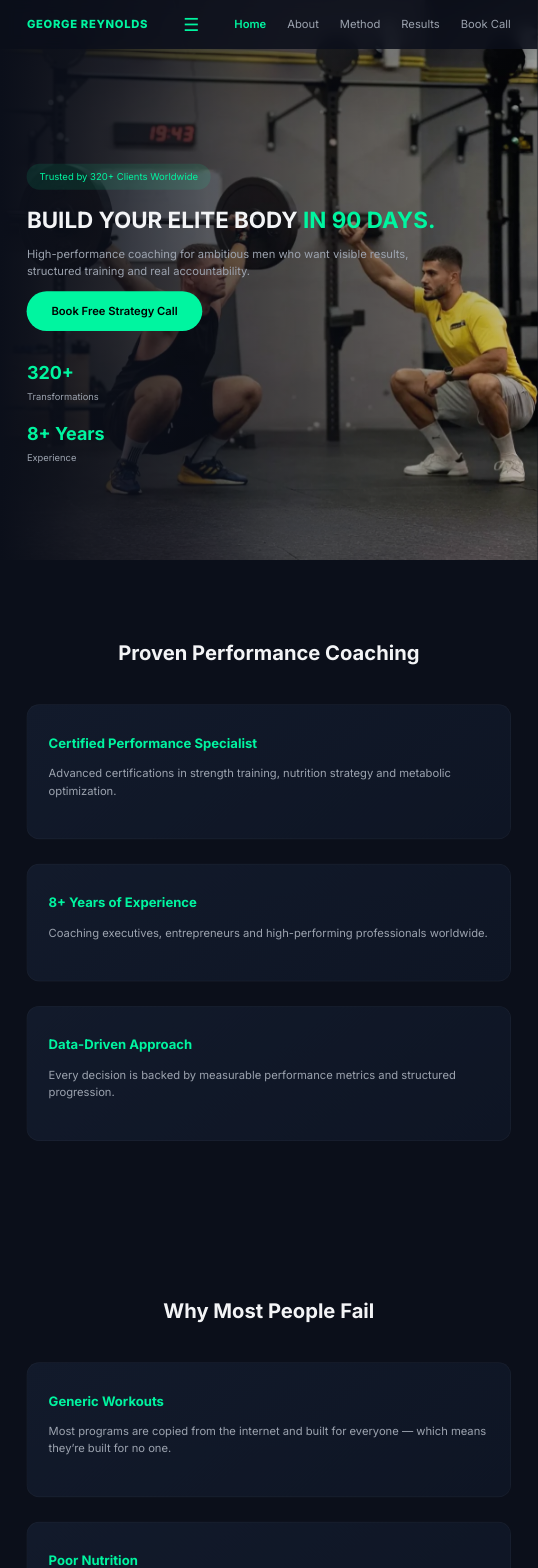
Repository: davidfsillva/Landing-page-pro
Page: index.html
These files come from the project's save history. The page is drawn as it stood at one moment and after the next save; the edit follows.
The browser window is 768 px wide. The pictures show the part of the page from y = 0 to 2240 px (the page is 10189 px tall), at 70% of full size.

Above is the page before, as saved 2026-02-26 19:23:59.

### index.html
<!DOCTYPE html>
<html lang="en">
<head>
    <!-- ================= BASIC META ================= -->
    <meta charset="UTF-8">
    <meta name="viewport" content="width=device-width, initial-scale=1.0, maximum-scale=5.0">
    <meta name="robots" content="index, follow">
    <link rel="canonical" href="https://www.lucasreynolds.com">

    <!-- ================= SEO ================= -->
    <title>George Reynolds | Elite Personal Trainer</title>
    <meta name="description" content="Elite personal training focused on fat loss, muscle building and peak performance. Customized programs, strategic nutrition and real accountability. Book your free fitness consultation today.">

    <!-- ================= OPEN GRAPH ================= -->
    <meta property="og:title" content="George Reynolds | Transform Your Body in 90 Days">
    <meta property="og:description" content="Personalized training programs with proven results. Limited spots available.">
    <meta property="og:type" content="website">
    <meta property="og:image" content="https://placehold.co/1200x630/0B1020/00FF99?text=GEORGE+REYNOLDS">
    <meta property="og:url" content="https://www.georgereynolds.com">
    <meta name="twitter:card" content="summary_large_image">

    <!-- FONTS -->
    <link rel="preconnect" href="https://fonts.googleapis.com">
    <link href="https://fonts.googleapis.com/css2?family=Inter:wght@300;400;600;700;800&display=swap" rel="stylesheet">

    <link rel="stylesheet" href="style.css">
</head>

<body>

<header class="header">
  <div class="container header-flex">
      <div class="logo">GEORGE REYNOLDS</div>

      <button class="menu-toggle" id="menuToggle" aria-label="Toggle Menu" aria-expanded="false">☰</button>

      <nav class="nav" id="nav">
        <a href="#home">Home</a>
        <a href="#about">About</a>
        <a href="#method">Method</a>
        <a href="#results">Results</a>
        <a href="#contact" class="nav-cta">Book Call</a>
      </nav>
  </div>
</header>

<main>

<!-- HERO -->
<section id="home" class="hero reveal">
    <div class="hero-overlay"></div>
    <div class="container hero-grid">

        <div class="hero-content">
            <div class="hero-badge">
                Trusted by 320+ Clients Worldwide
            </div>

            <h1>
                BUILD YOUR ELITE BODY
                <span>IN 90 DAYS.</span>
            </h1>

            <p>
                High-performance coaching for ambitious men who want visible results,
                structured training and real accountability.
            </p>

            <div class="hero-buttons">
                <a href="#contact" class="btn btn-primary">
                    Book Free Strategy Call
                </a>
            </div>

            <div class="hero-proof">
                <div>
                    <strong>320+</strong>
                    <small>Transformations</small>
                </div>

                <div>
                    <strong>8+ Years</strong>
                    <small>Experience</small>
                </div>
            </div>
        </div>

    </div>
</section>

<!-- AUTHORITY -->
<section class="section authority reveal">
    <div class="container">
        <h2>Proven Performance Coaching</h2>

        <div class="grid-3">
            <div class="card reveal">
                <h3>Certified Performance Specialist</h3>
                <p>Advanced certifications in strength training, nutrition strategy and metabolic optimization.</p>
            </div>

            <div class="card reveal">
                <h3>8+ Years of Experience</h3>
                <p>Coaching executives, entrepreneurs and high-performing professionals worldwide.</p>
            </div>

            <div class="card reveal">
                <h3>Data-Driven Approach</h3>
                <p>Every decision is backed by measurable performance metrics and structured progression.</p>
            </div>
        </div>
    </div>
</section>

<!-- ABOUT -->
<section id="about" class="section reveal">
    <div class="container">
        <h2>Why Most People Fail</h2>

        <div class="grid-3">
            <div class="card reveal">
                <h3>Generic Workouts</h3>
                <p>Most programs are copied from the internet and built for everyone — which means they’re built for no one.</p>
            </div>

            <div class="card reveal">
                <h3>Poor Nutrition</h3>
                <p>Extreme dieting, random calorie cutting and unsustainable routines destroy consistency.</p>
            </div>

            <div class="card reveal">
                <h3>No Accountability</h3>
                <p>Without structured guidance and weekly adjustments, discipline fades fast.</p>
            </div>
        </div>
    </div>
</section>

<!-- SOLUTION -->
<section class="section section-dark solution reveal">
    <div class="container">
        <h2>The Solution: Structure + Strategy + Accountability</h2>
        <p class="section-sub">
            Real transformation happens when training, nutrition and mindset work together.
        </p>
    </div>
</section>

<!-- METHOD -->
<section id="method" class="section section-dark reveal">
    <div class="container">
        <h2>The Reynolds Method</h2>

        <div class="method-list">
            <div class="method-item reveal" data-step="01">
                <strong>Full Performance Assessment</strong>
                <p>Deep evaluation before building your transformation plan.</p>
            </div>

            <div class="method-item reveal" data-step="02">
                <strong>Precision Custom Program</strong>
                <p>Engineered around your specific goals with measurable benchmarks.</p>
            </div>

            <div class="method-item reveal" data-step="03">
                <strong>Strategic Nutrition System</strong>
                <p>Structured framework aligned with metabolism and lifestyle.</p>
            </div>

            <div class="method-item reveal" data-step="04">
                <strong>Elite Accountability Protocol</strong>
                <p>Weekly tracking and strategic adjustments.</p>
            </div>
        </div>
    </div>
</section>

<!-- BENEFITS -->
<section class="section benefits reveal">
    <div class="container">
        <h2>What You’ll Achieve</h2>

        <div class="grid-3">
            <div class="card reveal">
                <h3>Visible Fat Loss</h3>
                <p>Reduce body fat while preserving lean muscle mass.</p>
            </div>

            <div class="card reveal">
                <h3>Lean Muscle Gain</h3>
                <p>Build a strong, aesthetic and high-performance physique.</p>
            </div>

            <div class="card reveal">
                <h3>Peak Confidence</h3>
                <p>Develop discipline and mindset that extend beyond the gym.</p>
            </div>
        </div>
    </div>
</section>

<!-- RESULTS -->
<section id="results" class="section reveal">
    <div class="container">
        <h2>Transformation Case Study Concepts</h2>

        <div class="grid-3">
            <div class="testimonial reveal">
                <img src="img/card1.webp" alt="Fitness transformation concept" loading="lazy">
                <p>"In 16 weeks, measurable strength gains and fat reduction."</p>
                <span>Sample Case Study Concept</span>
            </div>

            <div class="testimonial reveal">
                <img src="img/card2.webp" alt="Fitness coaching concept" loading="lazy">
                <p>"Structured check-ins created sustainable progress."</p>
                <span>Sample Case Study Concept</span>
            </div>

            <div class="testimonial reveal">
                <img src="img/card3.webp" alt="Elite fitness result concept" loading="lazy">
                <p>"Personalized programming transformed performance."</p>
                <span>Sample Case Study Concept</span>
            </div>
        </div>
    </div>
</section>

<!-- FAQ -->
<section class="section section-dark faq reveal">
    <div class="container">
        <h2>Frequently Asked Questions</h2>

        <div class="faq-item reveal">
            <h3>Is this program for beginners?</h3>
            <p>Yes. The program is customized based on your current fitness level.</p>
        </div>

        <div class="faq-item reveal">
            <h3>Do I need gym access?</h3>
            <p>Gym is recommended for optimal results, but adaptations can be made.</p>
        </div>

        <div class="faq-item reveal">
            <h3>How soon will I see results?</h3>
            <p>Most clients see measurable progress within the first 4–6 weeks.</p>
        </div>
    </div>
</section>

<!-- URGENCY -->
<section class="section section-dark urgency reveal">
    <div class="container">
        <h2>Limited Coaching Spots Available</h2>

        <div class="urgency-highlight">
            <strong>Only 3 Spots Remaining This Month</strong>
        </div>

        <a href="#contact" class="btn btn-primary">Apply Now</a>
    </div>
</section>

<!-- CONTACT -->
<section id="contact" class="section cta reveal">
    <div class="container contact-container">
        <h2>Book Your Free Strategy Call</h2>

        <form id="leadForm" class="form contact-form">
            <div class="input-group">
                <input type="text" id="nome" name="nome" placeholder="Full Name" required>
            </div>

            <div class="input-group">
                <input type="email" id="email" name="email" placeholder="Email Address" required>
            </div>

            <div class="input-group">
                <input type="tel" id="telefone" name="telefone" placeholder="Phone Number (DDD + Number)" required>
            </div>

            <button type="submit" class="btn btn-primary btn-full">
                Schedule My Free Call
            </button>

            <div id="formFeedback" class="form-feedback"></div>
        </form>
    </div>
</section>

</main>

<footer class="footer">
    <div class="container">
        <p>© 2026 George Reynolds Performance. All rights reserved.</p>
    </div>
</footer>

<script src="script.js"></script>
</body>
</html>

### style.css
/* ===============================
   RESET
=================================*/
*,
*::before,
*::after {
    margin: 0;
    padding: 0;
    box-sizing: border-box;
}

/* ===============================
   VARIABLES
=================================*/
:root {
    --bg: #0B0F1A;
    --bg-dark: #111827;
    --card: #161F2E;

    --text: #F3F4F6;
    --muted: #9CA3AF;

    --accent: #00F5A0;

    --radius: 18px;
    --transition: 0.35s ease;
}

/* ===============================
   BASE
=================================*/
body {
    font-family: 'Inter', sans-serif;
    background: var(--bg);
    color: var(--muted);
    line-height: 1.6;
    overflow-x: hidden;
}

.container {
    width: 90%;
    max-width: 1200px;
    margin: auto;
}

.section {
    padding: 110px 0;
}

.section-dark {
    background: var(--bg-dark);
}

h1, h2, h3 {
    color: var(--text);
}

h1 {
    font-size: clamp(2rem, 4vw, 3rem);
    line-height: 1.2;
}

h1 span {
    color: var(--accent);
}

h2 {
    font-size: clamp(1.8rem, 3vw, 2.4rem);
    margin-bottom: 50px;
    text-align: center;
}

p {
    margin: 15px 0;
}

a {
    text-decoration: none;
}

.nav a.active {
    color: var(--accent);
    font-weight: 600;
}

/* ===============================
   BUTTONS
=================================*/
.btn {
    display: inline-block;
    padding: 16px 35px;
    border-radius: 50px;
    font-weight: 600;
    transition: var(--transition);
    cursor: pointer;
}

.btn-primary {
    background: var(--accent);
    color: #000;
}

.btn-primary:hover {
    transform: translateY(-4px);
    box-shadow: 0 15px 35px -10px rgba(0,245,160,0.6);
}

/* ===============================
   HEADER
=================================*/
.header {
    position: fixed;
    width: 100%;
    background: rgba(11,15,26,0.85);
    backdrop-filter: blur(10px);
    padding: 20px 0;
    z-index: 1000;
}

.header-flex {
    display: flex;
    justify-content: space-between;
    align-items: center;
}

.logo {
    font-weight: 800;
    color: var(--accent);
    letter-spacing: 1px;
}

.nav {
    display: flex;
    gap: 30px;
}

.nav a {
    color: var(--muted);
    font-weight: 500;
    transition: var(--transition);
}

.nav a:hover {
    color: var(--accent);
}

.nav-cta {
    color: var(--accent);
}

.menu-toggle {
    display: none;
    background: none;
    border: none;
    color: var(--accent);
    font-size: 1.6rem;
}

/* ===============================
   HERO
=================================*/
.hero {
    height: 100vh;
    display: flex;
    align-items: center;
    background: url('img/hero.webp') center right/cover no-repeat;
    position: relative;
    padding-top: 100px;
}

.hero-overlay {
    position: absolute;
    inset: 0;
    background: linear-gradient(270deg, rgba(11,15,26,0.2), rgba(11,15,26,1));
}

.hero-grid {
    position: relative;
}

.hero-content {
    max-width: 600px;
}

.hero-badge {
    background: rgba(0,245,160,0.1);
    color: var(--accent);
    padding: 8px 18px;
    border-radius: 50px;
    display: inline-block;
    margin-bottom: 25px;
    font-size: 0.85rem;
}

.hero-proof {
    display: flex;
    gap: 50px;
    margin-top: 40px;
}

.hero-proof strong {
    color: var(--accent);
    font-size: 1.6rem;
    display: block;
}



/* ===============================
   GRID SYSTEM
=================================*/
.grid-3 {
    display: grid;
    grid-template-columns: repeat(3, 1fr);
    gap: 35px;
}

/* ===============================
   CARD
=================================*/
.card,
.testimonial {
    background: linear-gradient(145deg, #121A2B, #0E1524);
    padding: 40px 30px;
    border-radius: var(--radius);
    border: 1px solid rgba(255,255,255,0.04);
    transition: var(--transition);
}

.card:hover,
.testimonial:hover {
    transform: translateY(-10px);
    border-color: var(--accent);
    box-shadow: 0 25px 60px -20px rgba(0,245,160,0.4);
}

.card h3 {
    color: var(--accent);
    margin-bottom: 15px;
}

.reveal {
  opacity: 0;
  transform: translateY(40px);
  transition: all 0.8s ease;
}

.reveal.active {
  opacity: 1;
  transform: translateY(0);
}

/* ===============================
   METHOD
=================================*/
.method-list {
    display: grid;
    gap: 30px;
    margin-top: 60px;
}

.method-item {
    position: relative;
    background: linear-gradient(145deg, #141C2F, #0F1625);
    padding: 35px 40px 35px 90px;
    border-radius: var(--radius);
    border: 1px solid rgba(255,255,255,0.05);
    transition: var(--transition);
    overflow: hidden; /* IMPORTANTE */

}

.method-item::before {
    content: "";
    position: absolute;
    left: 0;
    top: 0;
    width: 6px;
    height: 100%;
    background: var(--accent);
    border-top-left-radius: var(--radius);
    border-bottom-left-radius: var(--radius);
}

.method-item::after {
    content: attr(data-step);
    position: absolute;
    right: 30px;
    top: 20px;
    font-size: 4rem;
    font-weight: 800;
    color: rgba(255,255,255,0.05);
}

.method-item:hover {
    transform: translateY(-10px);
    border-color: var(--accent);
    box-shadow: 0 25px 60px -20px rgba(0,245,160,0.4);
}

.method-item strong {
    display: block;
    color: var(--text);
    margin-bottom: 10px;
}

.solution {
    text-align: center;
}

.section-sub {
    max-width: 650px;
    margin: 0 auto;
    font-size: 1rem;
    color: var(--muted);
}

/* ===============================
   TESTIMONIAL
=================================*/
#results {
    text-align: center;
}

.testimonial {
    text-align: center;
}

.testimonial img {
    width: 100%;
    border-radius: 14px;
    margin-bottom: 20px;
}

.testimonial span {
    display: block;
    margin-top: 15px;
    font-weight: 600;
    color: var(--accent);
}

/* ===============================
   URGENCY
=================================*/
.urgency {
    text-align: center;
    background: linear-gradient(145deg, #0E1428, #0B1020);
    padding: 120px 0;
}

.urgency-highlight {
    margin: 30px 0;
    font-size: 1.2rem;
    color: var(--accent);
}

/* ===============================
   CONTACT
=================================*/
.cta {
    background: #0E1428;
    text-align: center;
    padding: 120px 0;
}

.contact-container {
    max-width: 700px;
    margin: auto;
}

.contact-form {
    display: flex;
    flex-direction: column;
    gap: 20px;
}

.contact-form input {
    width: 100%;
    padding: 18px 20px;
    border-radius: 14px;
    border: 1px solid rgba(255,255,255,0.08);
    background: #0F1625;
    color: var(--text);
    transition: var(--transition);
}

.contact-form input:focus {
    border-color: var(--accent);
    box-shadow: 0 0 0 4px rgba(0,245,160,0.15);
    outline: none;
}

.btn-full {
    width: 100%;
    padding: 18px;
    font-weight: 700;
}

/* ===============================
   FOOTER
=================================*/
.footer {
    padding: 50px 0;
    text-align: center;
    background: #05070E;
}

/* ===============================
   SCROLL REVEAL PREP
=================================*/
.reveal {
    opacity: 0;
    transform: translateY(40px);
    transition: 0.8s ease;
}

.reveal.active {
    opacity: 1;
    transform: translateY(0);
}

/* ===============================
   RESPONSIVE
=================================*/
@media (max-width: 992px) {
    .grid-3 {
        grid-template-columns: repeat(2, 1fr);
    }
}

@media (max-width: 768px) {


    .hero {
        background: url('img/heromobile.webp') center center/cover no-repeat;
    }



    .menu-toggle {
        display: block;
    }

    .grid-3 {
        grid-template-columns: 1fr;
    }

    .hero-proof {
        flex-direction: column;
        gap: 20px;
    }

    .hero {
        background-position: center;
    }

      .method-item::after {
        font-size: 2.5rem;
        top: 15px;
        right: 20px;
    }

    .method-item {
        padding: 30px 25px 30px 70px;
    }
}

### script.js
(function () {
  "use strict";

  /* =====================================================
     1. MENU RESPONSIVO (UPGRADE)
  ===================================================== */
  const menuToggle = document.getElementById("menuToggle");
  const navMenu = document.getElementById("nav");

  if (menuToggle && navMenu) {

    const toggleMenu = () => {
      const isActive = navMenu.classList.toggle("active");
      menuToggle.classList.toggle("active");
      menuToggle.setAttribute("aria-expanded", isActive);
      document.body.style.overflow = isActive ? "hidden" : "auto";
    };

    menuToggle.addEventListener("click", toggleMenu);

    // Fecha ao clicar em link
    document.querySelectorAll(".nav a").forEach(link => {
      link.addEventListener("click", () => {
        navMenu.classList.remove("active");
        menuToggle.classList.remove("active");
        menuToggle.setAttribute("aria-expanded", "false");
        document.body.style.overflow = "auto";
      });
    });

    // Fecha clicando fora
    document.addEventListener("click", (e) => {
      if (
        navMenu.classList.contains("active") &&
        !navMenu.contains(e.target) &&
        !menuToggle.contains(e.target)
      ) {
        navMenu.classList.remove("active");
        menuToggle.classList.remove("active");
        menuToggle.setAttribute("aria-expanded", "false");
        document.body.style.overflow = "auto";
      }
    });

    // Fecha com ESC
    document.addEventListener("keydown", (e) => {
      if (e.key === "Escape" && navMenu.classList.contains("active")) {
        navMenu.classList.remove("active");
        menuToggle.classList.remove("active");
        menuToggle.setAttribute("aria-expanded", "false");
        document.body.style.overflow = "auto";
      }
    });
  }

  /* =====================================================
     2. SCROLL SUAVE COM OFFSET
  ===================================================== */
  const header = document.querySelector(".header");

  document.querySelectorAll('a[href^="#"]').forEach(anchor => {
    anchor.addEventListener("click", function (e) {
      const targetId = this.getAttribute("href");
      if (targetId === "#") return;

      const target = document.querySelector(targetId);
      if (!target) return;

      e.preventDefault();

      const headerHeight = header ? header.offsetHeight : 0;
      const elementPosition = target.getBoundingClientRect().top + window.scrollY;
      const offsetPosition = elementPosition - headerHeight - 10;

      window.scrollTo({
        top: offsetPosition,
        behavior: "smooth"
      });
    });
  });

  /* =====================================================
     3. REVEAL ON SCROLL
  ===================================================== */
  const reveals = document.querySelectorAll(".reveal");

  if ("IntersectionObserver" in window) {
    const revealObserver = new IntersectionObserver((entries, observer) => {
      entries.forEach(entry => {
        if (entry.isIntersecting) {
          entry.target.classList.add("active");
          observer.unobserve(entry.target);
        }
      });
    }, { threshold: 0.15 });

    reveals.forEach(el => revealObserver.observe(el));
  }

  /* =====================================================
     4. VALIDAÇÃO + REDIRECIONAMENTO WHATSAPP
  ===================================================== */
  const form = document.getElementById("leadForm");
  const feedback = document.getElementById("formFeedback");

  if (form && feedback) {

    const emailRegex = /^[^\s@]+@[^\s@]+\.[^\s@]+$/;

    form.addEventListener("submit", function (e) {
      e.preventDefault();

      const nome = document.getElementById("nome").value.trim();
      const email = document.getElementById("email").value.trim();
      const telefone = document.getElementById("telefone").value.trim();
      const telDigits = telefone.replace(/\D/g, "");

      feedback.style.color = "#ffffff";
      feedback.textContent = "";

      if (nome.length < 5 || !/\s/.test(nome)) {
        feedback.textContent = "Digite nome e sobrenome corretamente.";
        return;
      }

      if (!emailRegex.test(email)) {
        feedback.textContent = "Digite um e-mail válido.";
        return;
      }

      if (telDigits.length < 10 || telDigits.length > 11) {
        feedback.textContent = "WhatsApp inválido. Use DDD + número.";
        return;
      }

      feedback.style.color = "#00F5A0";
      feedback.textContent = "Redirecionando para o WhatsApp...";

      const numeroPersonal = "5511999999999"; // ALTERE AQUI

      const mensagem = encodeURIComponent(
`Olá! Me chamo ${nome}.
Quero agendar minha avaliação gratuita.
E-mail: ${email}`
      );

      setTimeout(() => {
        window.location.href = `https://wa.me/${numeroPersonal}?text=${mensagem}`;
      }, 1000);
    });
  }

  /* =====================================================
     5. NAV ACTIVE ON SCROLL (PERFORMANCE IMPROVED)
  ===================================================== */
  const sections = document.querySelectorAll("section[id]");
  const navLinks = document.querySelectorAll(".nav a");

  let ticking = false;

  const updateActiveLink = () => {
    let current = "";

    sections.forEach(section => {
      const sectionTop = section.offsetTop - 120;
      const sectionHeight = section.offsetHeight;

      if (
        window.scrollY >= sectionTop &&
        window.scrollY < sectionTop + sectionHeight
      ) {
        current = section.getAttribute("id");
      }
    });

    navLinks.forEach(link => {
      link.classList.remove("active");

      if (link.getAttribute("href") === `#${current}`) {
        link.classList.add("active");
      }
    });

    ticking = false;
  };

  window.addEventListener("scroll", () => {
    if (!ticking) {
      window.requestAnimationFrame(updateActiveLink);
      ticking = true;
    }
  });

})();

After the next save:
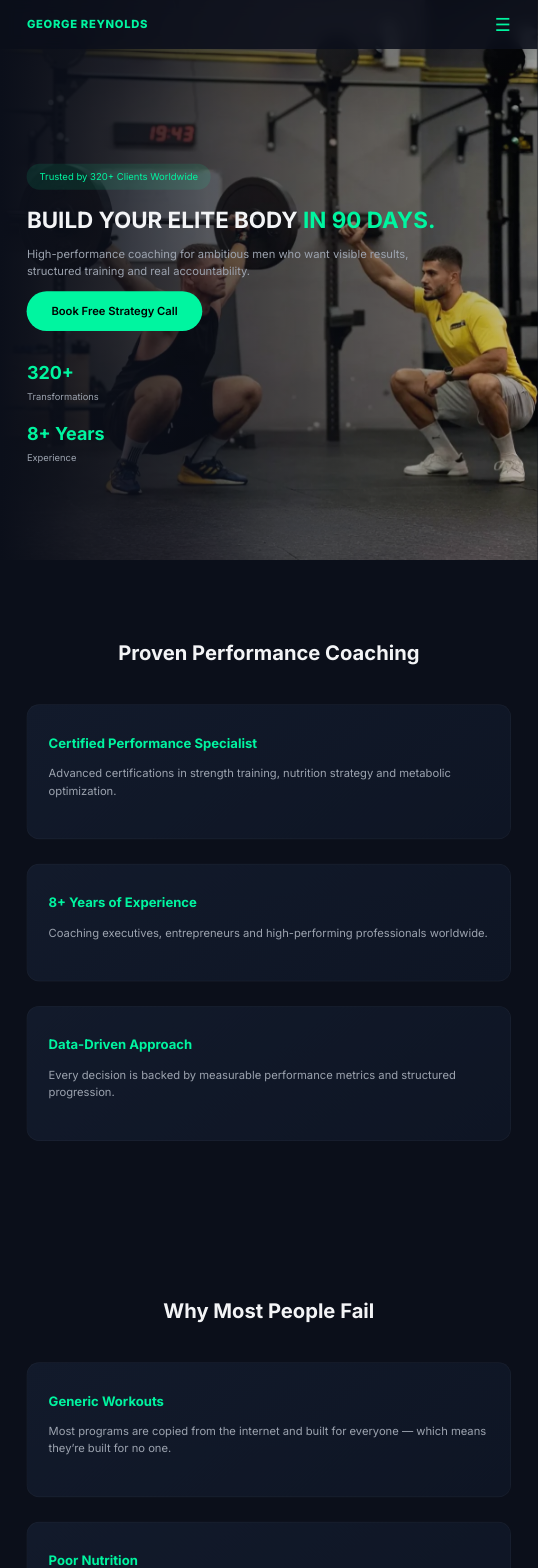
Saved 4 s later.
--- a/style.css
+++ b/style.css
@@ -435,7 +435,20 @@ a {
         background: url('img/heromobile.webp') center center/cover no-repeat;
     }
 
-
+    .nav {
+        display: none;
+        flex-direction: column;
+        background: var(--bg-dark);
+        position: absolute;
+        top: 80px;
+        right: 20px;
+        padding: 20px;
+        border-radius: 12px;
+    }
+
+    .nav.active {
+        display: flex;
+    }
 
     .menu-toggle {
         display: block;
